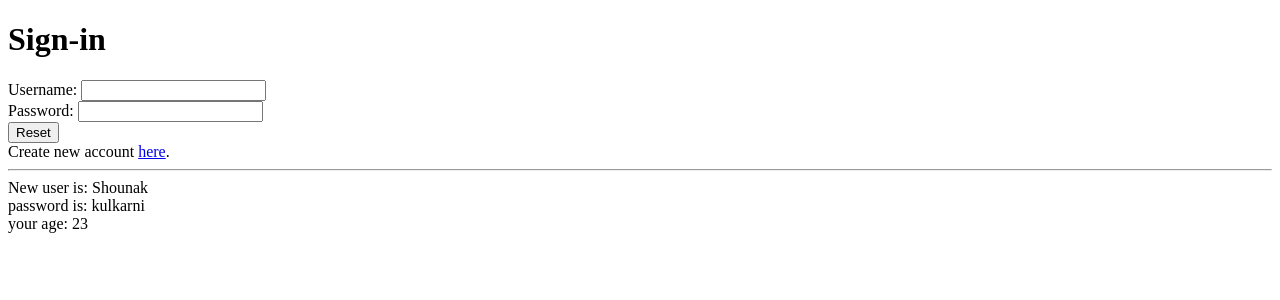
Repository: shounakmk219/training
Page: http://localhost/Fakebook/
The author's editor kept a copy of each file at every save. The page is drawn from the files as they stood at one save, then again after the next save.
The browser window is 1280 px wide. The pictures show the whole page.
The page is served by Tomcat 9.

Above is the page before, as saved 2019-07-10 10:10:31.

After the next save:
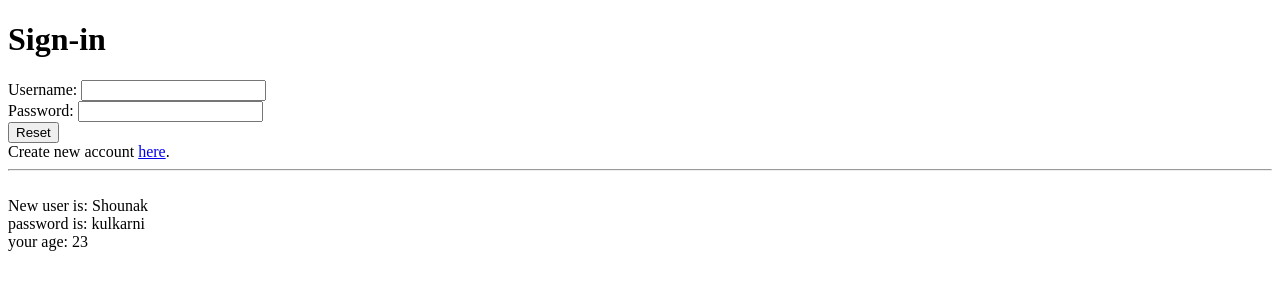
Saved 7 s later.
--- a/week2/Fakebook/WebContent/index.jsp
+++ b/week2/Fakebook/WebContent/index.jsp
@@ -14,7 +14,7 @@
 		<input type="submit" value="Sign-in">
 		<input type="reset" value="Reset">
 	</form>
-	Create new account <a href="sign-up">here</a>.<hr>
+	Create new account <a href="sign-up">here</a>.<hr><br>
 	<jsp:useBean id="p1" class="com.model.Profile"></jsp:useBean>
 	<jsp:setProperty property="uname" name="p1" value="Shounak"/>
 	<jsp:setProperty property="password" name="p1" value="kulkarni"/>
